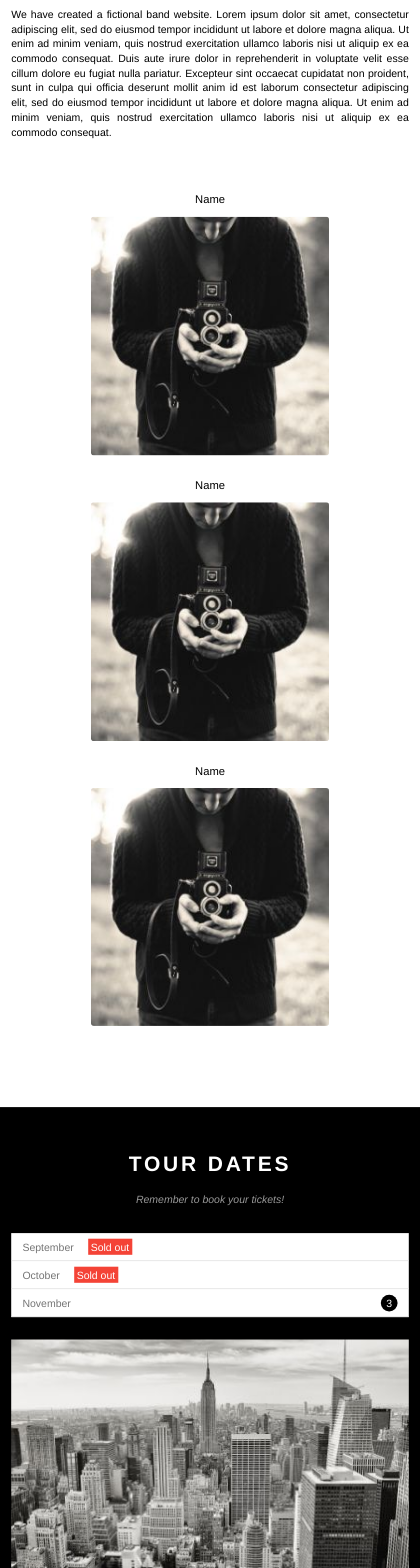
Repository: phongngotrong/w3school_reup
Page: index.html
An editor plug-in stored every save of this project. The page is shown before and after the next save, followed by the edit.
The browser window is 600 px wide. The pictures show the part of the page from y = 491 to 2731 px (the page is 5315 px tall before and 4236 px after), at 70% of full size.

Above is the page before, as saved 2022-02-13 16:34:55.

After the next save:
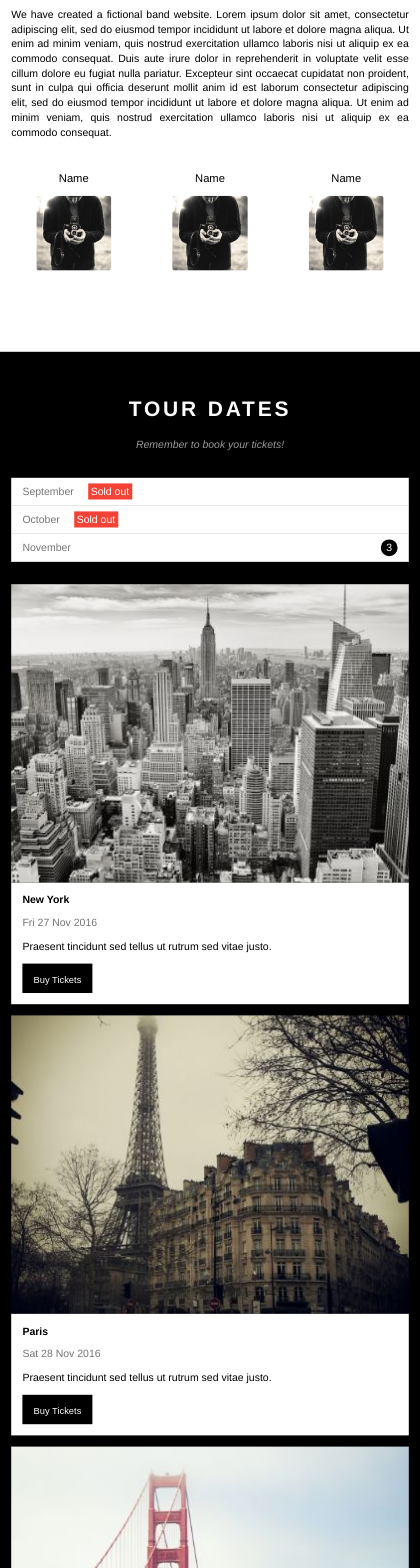
Saved 97 s later.
--- a/assets/css/responsive.css
+++ b/assets/css/responsive.css
@@ -46,11 +46,6 @@
     display: block;
   }
 
-  #content .item-member {
-    width: 100%;
-    margin-top: 30px;
-  }
-
   #content .avt-member {
     width: 60%;
   }
